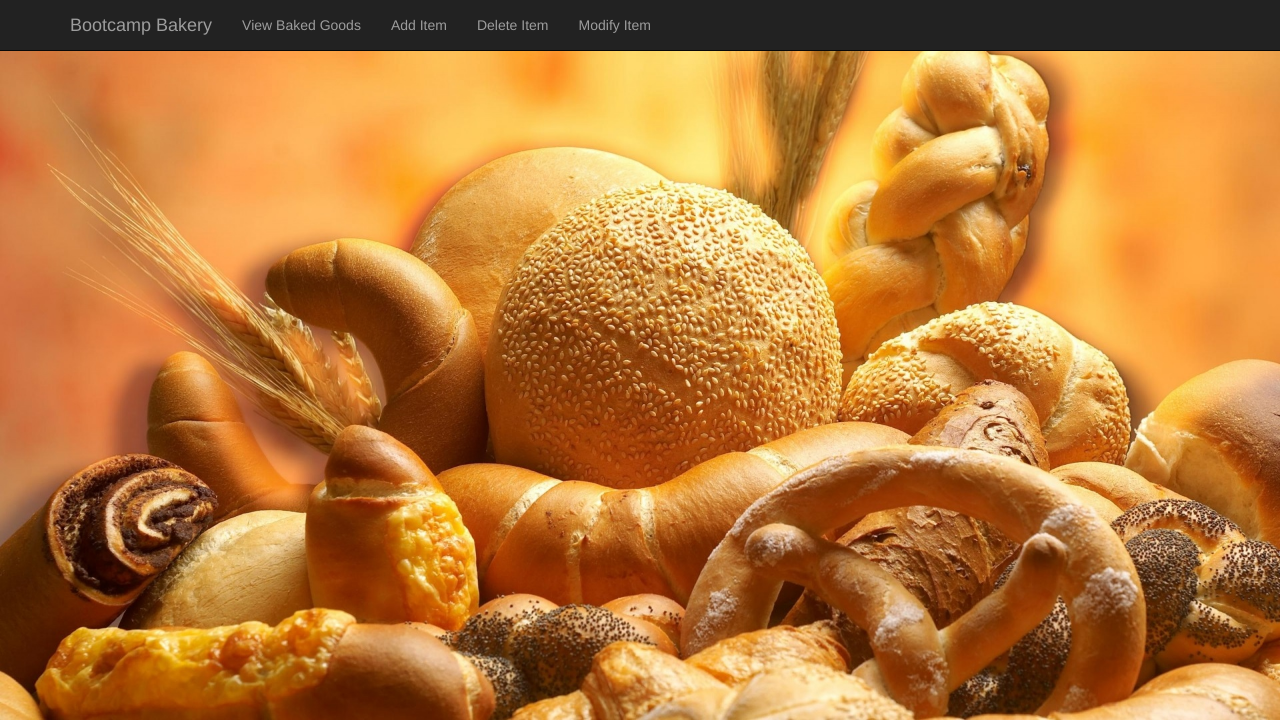
Repository: BillKratzIII/week5Project
Page: bakery/src/main/webapp/updateDB.html
These files come from the project's save history. The page is drawn as it stood at one moment and after the next save; the edit follows.
The browser window is 1280 px wide. The pictures show the whole page.

Above is the page before, as saved 2016-09-01 18:12:30.

### bakery/src/main/webapp/updateDB.html
<!DOCTYPE html>
<html class="full" lang="en">
<!-- Make sure the <html> tag is set to the .full CSS class. Change the background image in the full.css file. -->

<head>

    <meta charset="utf-8">
    <meta http-equiv="X-UA-Compatible" content="IE=edge">
    <meta name="viewport" content="width=device-width, initial-scale=1">
    <meta name="description" content="">
    <meta name="author" content="">

    <title>UPDATE ITEM</title>

    <!-- Bootstrap Core CSS -->
    <link href="css/bootstrap.min.css" rel="stylesheet">

    <!-- Custom CSS -->
    <link href="css/full.css" rel="stylesheet">

    <!-- HTML5 Shim and Respond.js IE8 support of HTML5 elements and media queries -->
    <!-- WARNING: Respond.js doesn't work if you view the page via file:// -->
    <!--[if lt IE 9]>
        <script src="https://oss.maxcdn.com/libs/html5shiv/3.7.0/html5shiv.js"></script>
        <script src="https://oss.maxcdn.com/libs/respond.js/1.4.2/respond.min.js"></script>
    <![endif]-->

</head>

<body>

    <!-- Navigation -->
    <nav class="navbar navbar-inverse navbar-fixed-top" role="navigation">
        <div class="container">
            <!-- Brand and toggle get grouped for better mobile display -->
            <div class="navbar-header">
                <button type="button" class="navbar-toggle" data-toggle="collapse" data-target="#bs-example-navbar-collapse-1">
                    <span class="sr-only">Toggle navigation</span>
                    <span class="icon-bar"></span>
                    <span class="icon-bar"></span>
                    <span class="icon-bar"></span>
                </button>
                <a class="navbar-brand" href="#">Bootcamp Bakery</a>
            </div>
            <!-- Collect the nav links, forms, and other content for toggling -->
            <div class="collapse navbar-collapse" id="bs-example-navbar-collapse-1">
                <ul class="nav navbar-nav">
                    <li>
                        <a href="readDB.jsp">View Baked Goods</a>
                    </li>
                    <li>
                        <a href="addToDB.html">Add Item</a>
                    </li>
                    <li>
                        <a href="deleteFromDB.html">Delete Item</a>
                    </li>
                    <li>
                    	<a href="updateDB.html">Modify Item</a>
                    </li>
                </ul>
            </div>
            <!-- /.navbar-collapse -->
        </div>
        <!-- /.container -->
    </nav>

    <!-- Put your page content here! -->

    <!-- jQuery -->
    <script src="js/jquery.js"></script>

    <!-- Bootstrap Core JavaScript -->
    <script src="js/bootstrap.min.js"></script>

</body>

</html>

### bakery/src/main/webapp/css/full.css
/*
 * Start Bootstrap - Full (http://startbootstrap.com/)
 * Copyright 2013-2016 Start Bootstrap
 * Licensed under MIT (https://github.com/BlackrockDigital/startbootstrap/blob/gh-pages/LICENSE)
 */

body {
    margin-top: 50px; /* Required margin for .navbar-fixed-top. Remove if using .navbar-static-top. Change if height of navigation changes. */
}

/* Header Image Background - Change the URL below to your image path (example: ../images/background.jpg) */

.full{
	background-image: url(../images/background.jpg);
	-webkit-background-size: cover;
    -moz-background-size: cover;
    background-size: cover;
    -o-background-size: cover
}

Loaded but not shown: bakery/src/main/webapp/css/bootstrap.min.css (library); bakery/src/main/webapp/js/jquery.js (library); bakery/src/main/webapp/js/bootstrap.min.js (library)

After the next save:
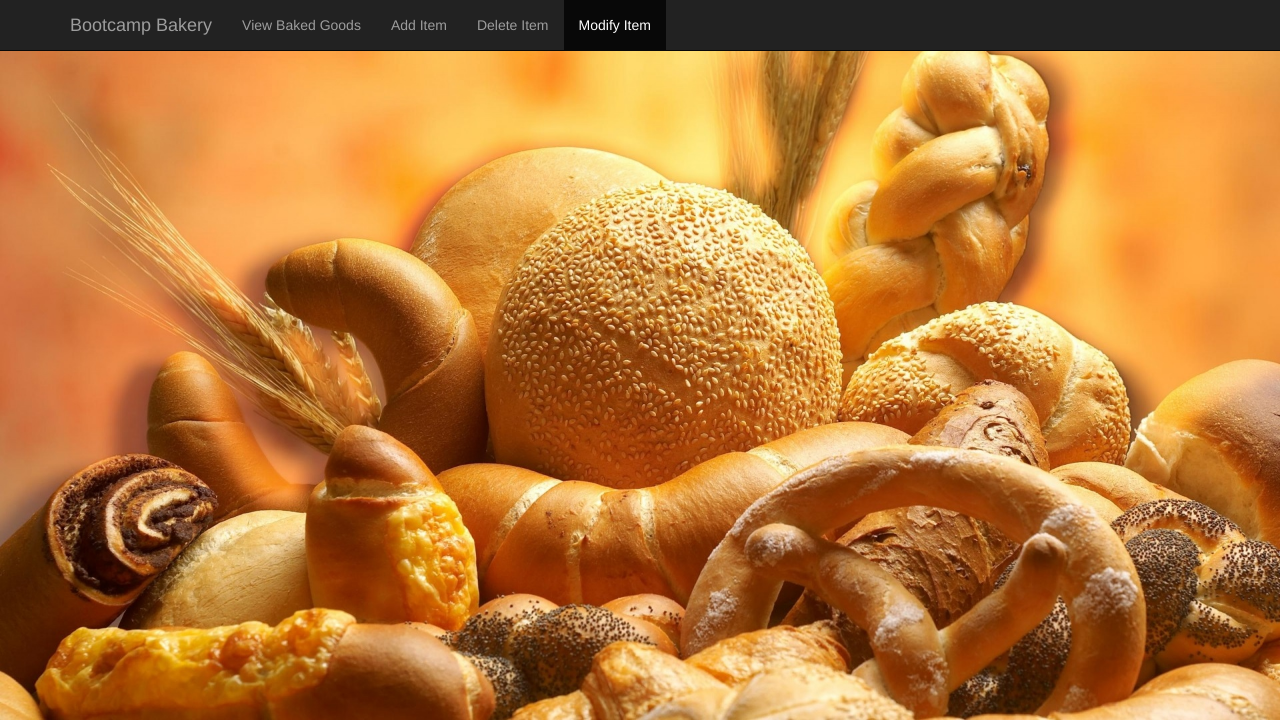
Saved 12 s later.
--- a/bakery/src/main/webapp/updateDB.html
+++ b/bakery/src/main/webapp/updateDB.html
@@ -4,23 +4,23 @@
 
 <head>
 
-    <meta charset="utf-8">
-    <meta http-equiv="X-UA-Compatible" content="IE=edge">
-    <meta name="viewport" content="width=device-width, initial-scale=1">
-    <meta name="description" content="">
-    <meta name="author" content="">
+<meta charset="utf-8">
+<meta http-equiv="X-UA-Compatible" content="IE=edge">
+<meta name="viewport" content="width=device-width, initial-scale=1">
+<meta name="description" content="">
+<meta name="author" content="">
 
-    <title>UPDATE ITEM</title>
+<title>UPDATE ITEM</title>
 
-    <!-- Bootstrap Core CSS -->
-    <link href="css/bootstrap.min.css" rel="stylesheet">
+<!-- Bootstrap Core CSS -->
+<link href="css/bootstrap.min.css" rel="stylesheet">
 
-    <!-- Custom CSS -->
-    <link href="css/full.css" rel="stylesheet">
+<!-- Custom CSS -->
+<link href="css/full.css" rel="stylesheet">
 
-    <!-- HTML5 Shim and Respond.js IE8 support of HTML5 elements and media queries -->
-    <!-- WARNING: Respond.js doesn't work if you view the page via file:// -->
-    <!--[if lt IE 9]>
+<!-- HTML5 Shim and Respond.js IE8 support of HTML5 elements and media queries -->
+<!-- WARNING: Respond.js doesn't work if you view the page via file:// -->
+<!--[if lt IE 9]>
         <script src="https://oss.maxcdn.com/libs/html5shiv/3.7.0/html5shiv.js"></script>
         <script src="https://oss.maxcdn.com/libs/respond.js/1.4.2/respond.min.js"></script>
     <![endif]-->
@@ -29,48 +29,41 @@
 
 <body>
 
-    <!-- Navigation -->
-    <nav class="navbar navbar-inverse navbar-fixed-top" role="navigation">
-        <div class="container">
-            <!-- Brand and toggle get grouped for better mobile display -->
-            <div class="navbar-header">
-                <button type="button" class="navbar-toggle" data-toggle="collapse" data-target="#bs-example-navbar-collapse-1">
-                    <span class="sr-only">Toggle navigation</span>
-                    <span class="icon-bar"></span>
-                    <span class="icon-bar"></span>
-                    <span class="icon-bar"></span>
-                </button>
-                <a class="navbar-brand" href="#">Bootcamp Bakery</a>
-            </div>
-            <!-- Collect the nav links, forms, and other content for toggling -->
-            <div class="collapse navbar-collapse" id="bs-example-navbar-collapse-1">
-                <ul class="nav navbar-nav">
-                    <li>
-                        <a href="readDB.jsp">View Baked Goods</a>
-                    </li>
-                    <li>
-                        <a href="addToDB.html">Add Item</a>
-                    </li>
-                    <li>
-                        <a href="deleteFromDB.html">Delete Item</a>
-                    </li>
-                    <li>
-                    	<a href="updateDB.html">Modify Item</a>
-                    </li>
-                </ul>
-            </div>
-            <!-- /.navbar-collapse -->
-        </div>
-        <!-- /.container -->
-    </nav>
+	<!-- Navigation -->
+	<nav class="navbar navbar-inverse navbar-fixed-top" role="navigation">
+		<div class="container">
+			<!-- Brand and toggle get grouped for better mobile display -->
+			<div class="navbar-header">
+				<button type="button" class="navbar-toggle" data-toggle="collapse"
+					data-target="#bs-example-navbar-collapse-1">
+					<span class="sr-only">Toggle navigation</span> <span
+						class="icon-bar"></span> <span class="icon-bar"></span> <span
+						class="icon-bar"></span>
+				</button>
+				<a class="navbar-brand" href="#">Bootcamp Bakery</a>
+			</div>
+			<!-- Collect the nav links, forms, and other content for toggling -->
+			<div class="collapse navbar-collapse"
+				id="bs-example-navbar-collapse-1">
+				<ul class="nav navbar-nav">
+					<li><a href="readDB.jsp">View Baked Goods</a></li>
+					<li><a href="addToDB.html">Add Item</a></li>
+					<li><a href="deleteFromDB.html">Delete Item</a></li>
+					<li class="active"><a href="updateDB.html">Modify Item</a></li>
+				</ul>
+			</div>
+			<!-- /.navbar-collapse -->
+		</div>
+		<!-- /.container -->
+	</nav>
 
-    <!-- Put your page content here! -->
+	<!-- Put your page content here! -->
 
-    <!-- jQuery -->
-    <script src="js/jquery.js"></script>
+	<!-- jQuery -->
+	<script src="js/jquery.js"></script>
 
-    <!-- Bootstrap Core JavaScript -->
-    <script src="js/bootstrap.min.js"></script>
+	<!-- Bootstrap Core JavaScript -->
+	<script src="js/bootstrap.min.js"></script>
 
 </body>
 
